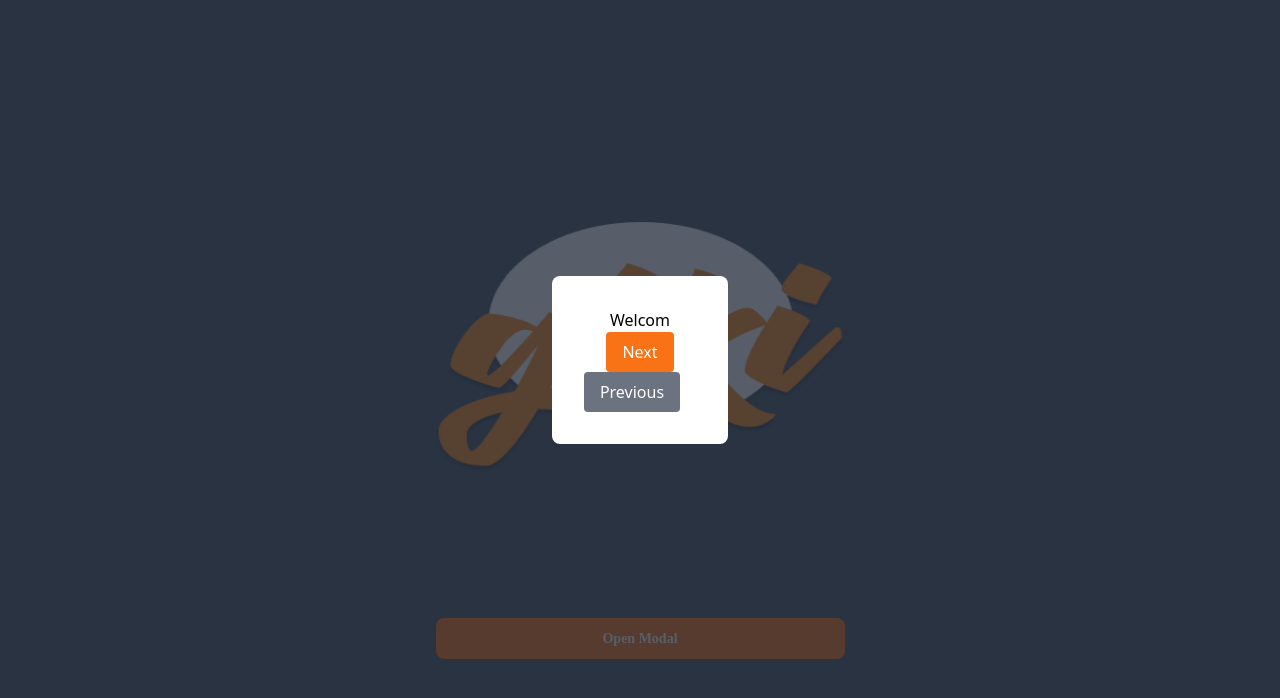
Repository: ZakariaZhlat125/lucatctyteste
Page: /, after clicking the first element matching `button.mt-36`
An editor plug-in stored every save of this project. The page is shown before and after the next save, followed by the edit.
The browser window is 1280 px wide. The pictures show the whole page.
The project was rebuilt for these pictures with package versions that can differ from the ones it lists, and the page was loaded fresh each time. Also part of the build but not shown: vite.config.js, src/Components/ModalComponents/PickLang.jsx, src/Components/ModalComponents/SelectImage.jsx.

Above is the page before, as saved 2023-09-29 09:35:13.

After the next save:
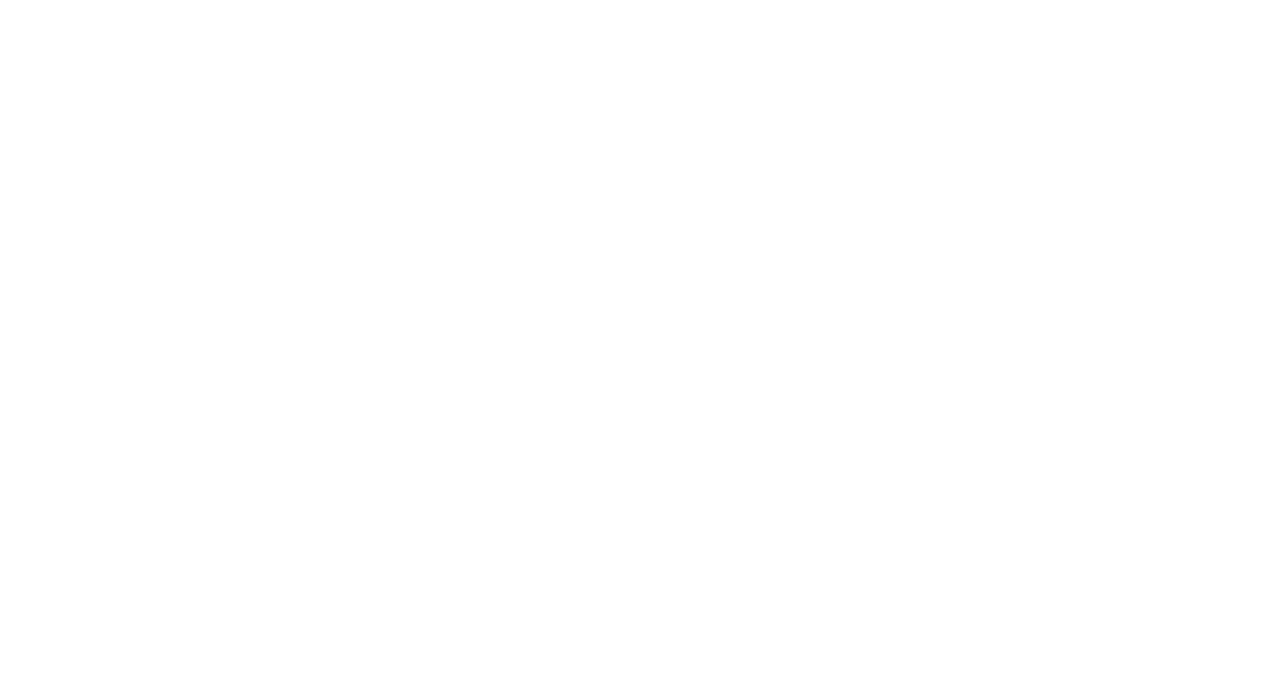
Console error: ReferenceError: totalPages is not defined
Saved 115 s later.
--- a/src/Components/ModalComponents/Modal.jsx
+++ b/src/Components/ModalComponents/Modal.jsx
@@ -45,6 +45,19 @@
         >
           Previous
         </button>
+
+        <div className="flex mt-4">
+          {[...Array(totalPages)].map((_, index) => (
+            <div
+              key={index}
+              className={`w-4 h-4 mx-1 rounded-full ${
+                currentPage === index + 1
+                  ? "bg-orange-500"
+                  : "bg-gray-300"
+              }`}
+            ></div>
+          ))}
+        </div>
       </div>
     </div>
   );

After the save that followed:
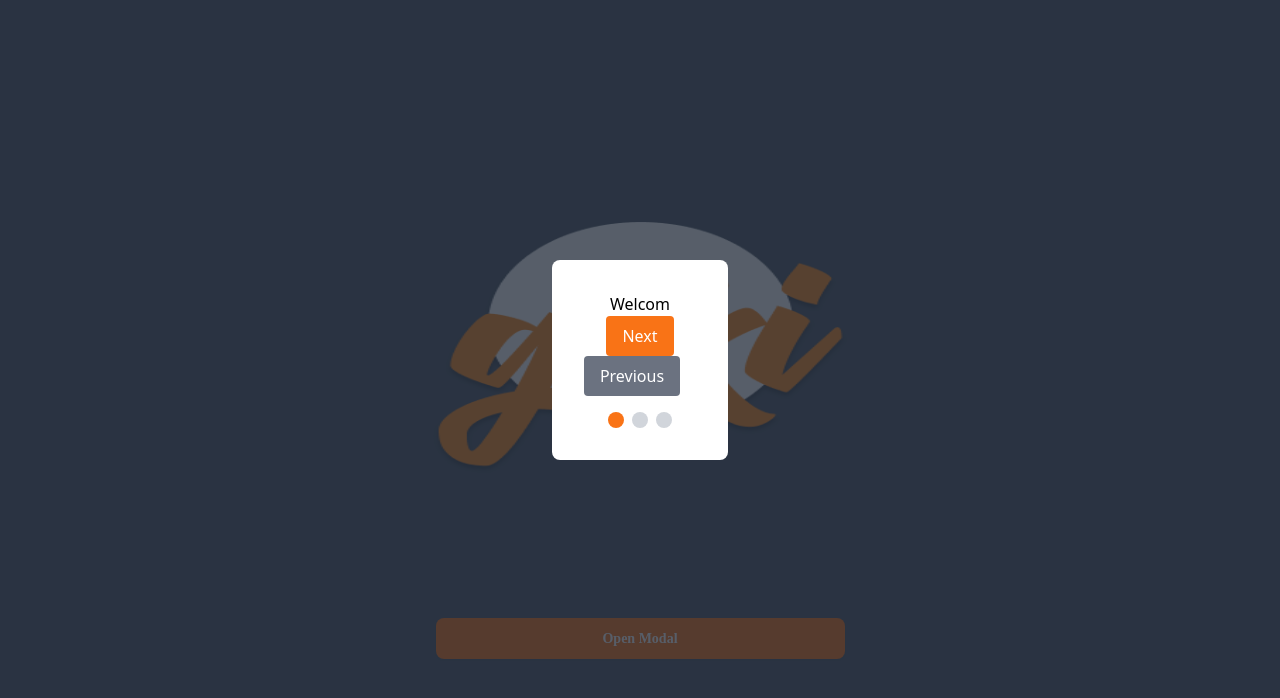
The error is gone.
Saved 10 s later.
--- a/src/Components/ModalComponents/Modal.jsx
+++ b/src/Components/ModalComponents/Modal.jsx
@@ -5,7 +5,7 @@
 const Modal = ({ isOpen, onClose }) => {
   const [currentPage, setCurrentPage] = useState(1);
   if (!isOpen) return null;
-
+  const totalPages = 3;
   const nextPage = () => {
     if (currentPage < 3) {
       setCurrentPage(currentPage + 1);
